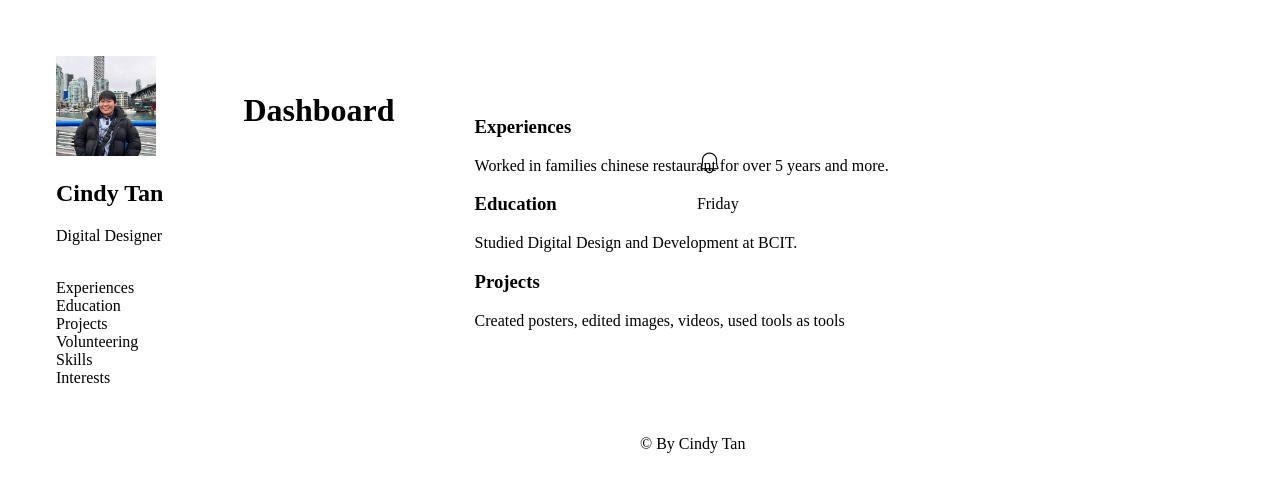
Repository: Cindy-tan/Assessment-_1
Page: /
These files come from the project's save history. The page is drawn as it stood at one moment and after a run of saves; the edit follows.
The browser window is 1280 px wide. The pictures show the whole page.
The project was rebuilt for these pictures with package versions that can differ from the ones it lists, and the page was loaded fresh each time. The framework's server and built-in components were replaced by stand-ins that run in the browser. Also part of the build but not shown: next.config.js, components/Card/Card.module.css, components/SideNavigation/SideNavigation.module.css.

Above is the page before, as saved 2024-01-19 00:02:03.

After the next 2 saves:
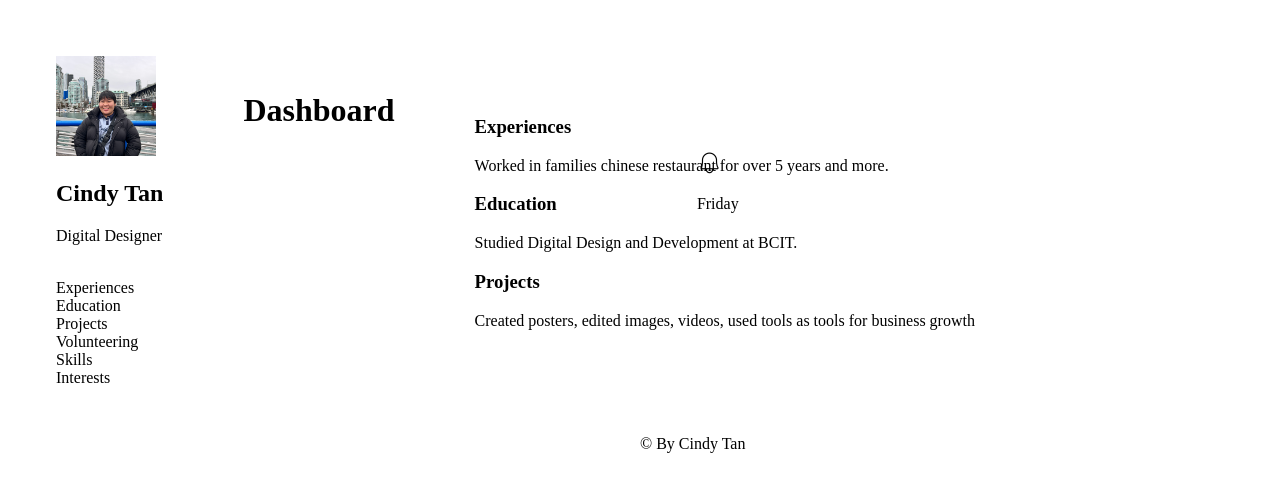
The 2 saves are shown as one change because they came seconds apart.
The last was saved 7 s later.
--- a/pages/index.js
+++ b/pages/index.js
@@ -32,7 +32,7 @@ export default function Home() {
         <div className={`${styles.card}`}>
           <Card title='Experiences' description='Worked in families chinese restaurant for over 5 years and more.'/>
           <Card title='Education' description='Studied Digital Design and Development at BCIT.'/>
-          <Card title='Projects' description='Created posters, edited images, videos, used tools as tools'/>
+          <Card title='Projects' description='Created posters, edited images, videos, used tools as tools for business growth'/>
         </div>
 
 
